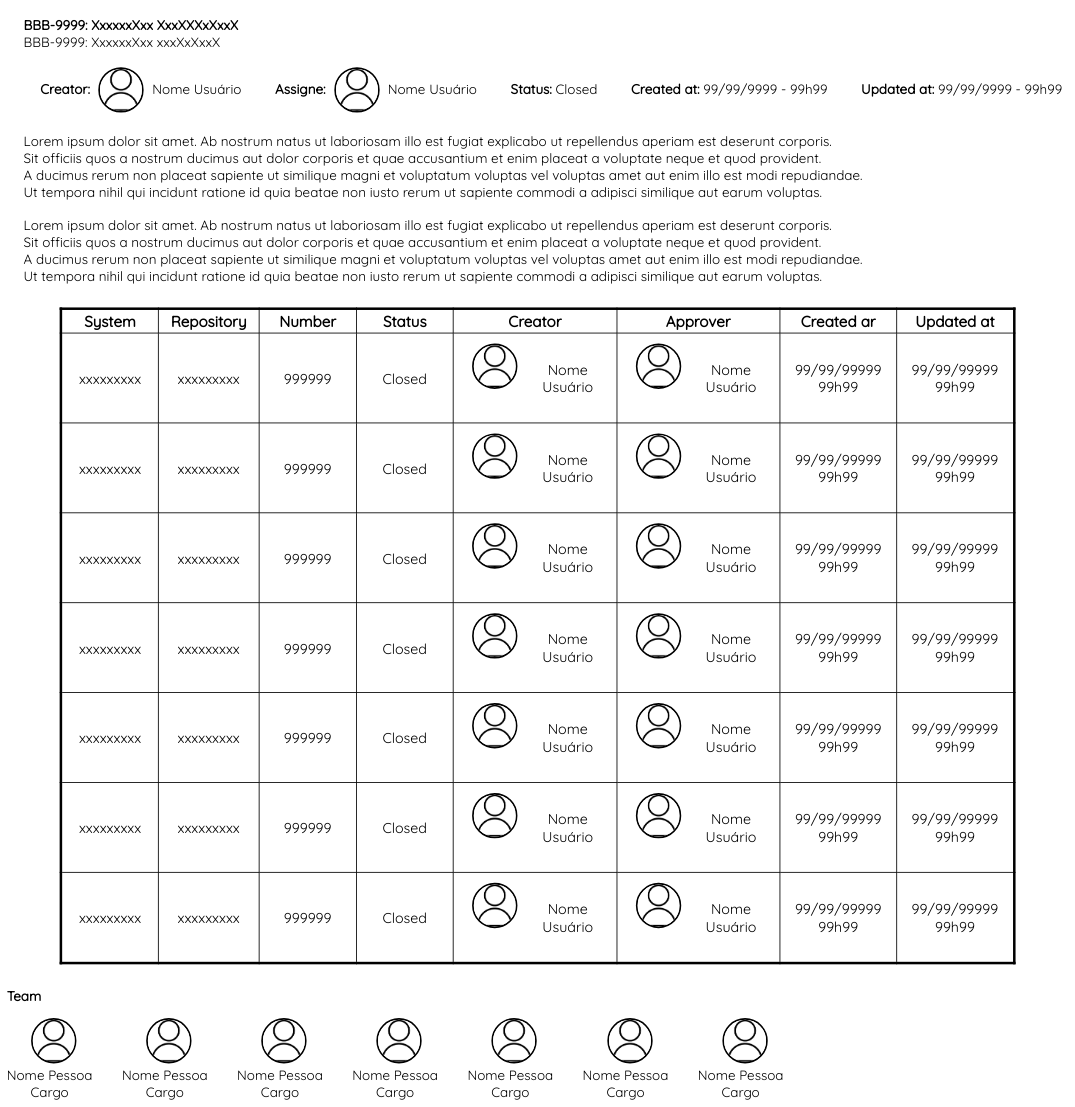
Repository: AnaBerlanda/PaginaFer
Page: index.html
These files come from the project's save history. The page is drawn as it stood at one moment and after the next save; the edit follows.
The browser window is 1280 px wide. The pictures show the whole page, at 84% of full size.
Some web fonts or font styles are not loaded; a fallback is used.

Above is the page before, as saved 2022-05-24 14:49:17.

After the next save:
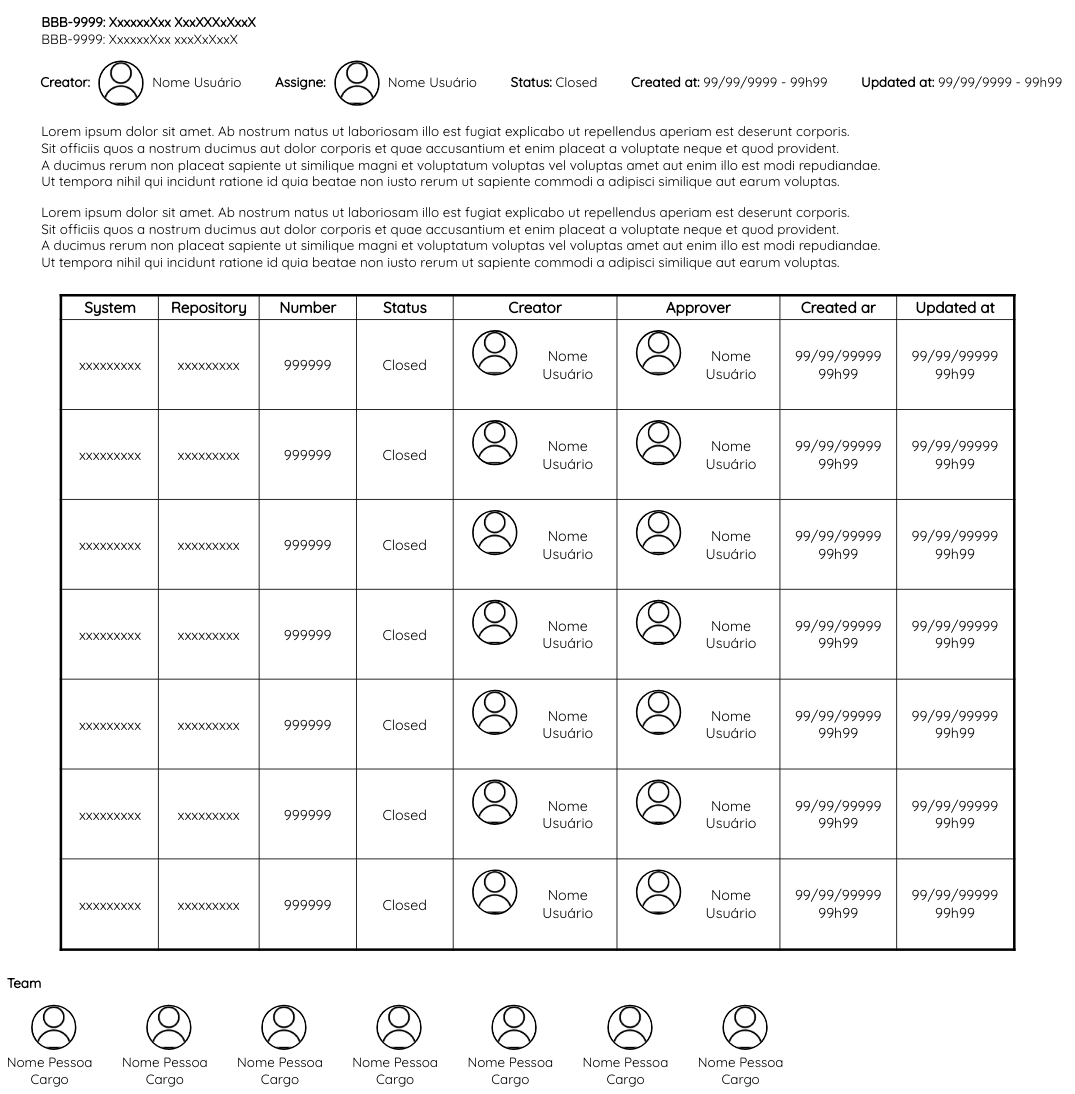
Saved 8 min 59 s later.
--- a/index.css
+++ b/index.css
@@ -8,7 +8,7 @@ p{
     font-family: 'Quicksand', sans-serif
 }
 .texto-inicial{
-    margin: 20px;
+    margin-left: 41px;
 }
 .imagem img{
     width: 50px;
@@ -34,8 +34,11 @@ table {
     border: 3px solid black;
     width: 90%;
     margin: 28px auto;
+    font-family: 'Quicksand', sans-serif;
+}
+.tabela{
     border-radius: 2%;
-    font-family: 'Quicksand', sans-serif;
+
 }
 table th{
     border: 1px solid black;
